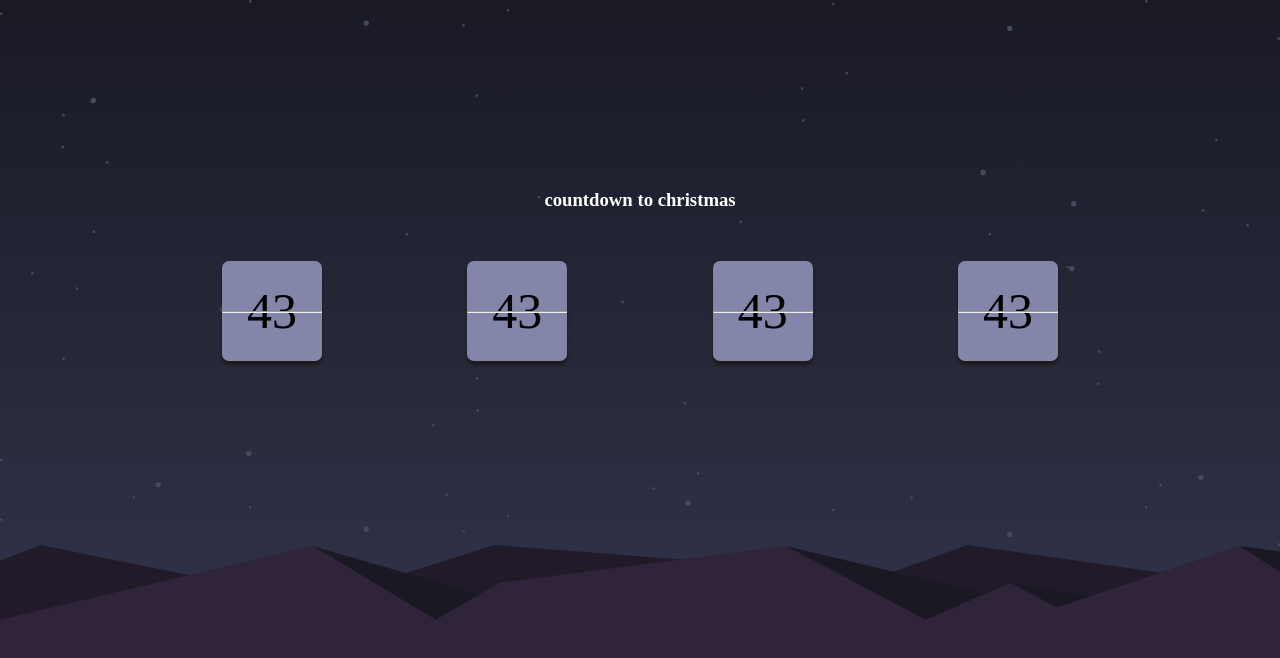
Repository: Eugene44-hub/countdown
Page: index.html
The author's editor kept a copy of each file at every save. The page is drawn from the files as they stood at one save, then again after a run of saves.
The browser window is 1280 px wide. The pictures show the whole page.

Above is the page before, as saved 2021-09-12 03:19:36.

### index.html
<!DOCTYPE html>
<html lang="en">

<head>
    <meta charset="UTF-8">
    <meta http-equiv="X-UA-Compatible" content="IE=edge">
    <meta name="viewport" content="width=device-width, initial-scale=1.0">
    <title>Document</title>
    <link rel="stylesheet" href="style.css">
</head>

<body>
    <div class="container">


        <div class="timer ">
            <h3 class="col10">countdown to christmas</h3>
            <div class="card">
                <p>43</p>
                <hr> </div>
            <div class="card">
                <p>43</p>
                <hr>
            </div>
            <div class="card">
                <p>43</p>
                <hr>
            </div>
            <div class="card">
                <p>43</p>
                <hr>
            </div>

        </div>

    </div>
    <script src="app.js"></script>

</body>

</html>

</html>

### style.css
@import url('https://fonts.googleapis.com/css2?family=Red+Hat+Text:wght@700&display=swap');
* {
    padding: 0;
    margin: 0;
    box-sizing: border-box;
}

body {
    /* background-color: hsl(235, 16%, 14%); */
    /* background-color: hsl(234, 17%, 12%); */
    background-image: url('images/pattern-hills.svg'), url('images/bg-stars.svg'), linear-gradient( hsl(235, 18%, 12%), hsl(236, 21%, 26%));
    background-position: bottom, top;
    background-repeat: no-repeat, repeat;
    background-size: contain;
    background-attachment: fixed;
}

.container {
    display: flex;
    width: 100%;
    height: 500px;
    flex-wrap: wrap;
    text-align: center;
}

.col10 {
    flex: 100%;
    margin: auto;
}

h3 {
    color: white;
    padding: 50px;
}

.timer {
    margin: auto;
    display: flex;
    flex-wrap: wrap;
    justify-content: space-between;
    padding: 30px;
    width: 70%;
}

.card {
    background-color: hsl(237, 18%, 59%);
    padding: 20px;
    width: 100px;
    height: 100px;
    position: relative;
    overflow: hidden;
    box-shadow: 0px 4px 3px rgb(29, 27, 27);
    border-radius: 7px;
    display: flex;
}

p {
    margin: auto;
    font-size: 50px;
    font-family: 'RedHat';
}

hr {
    position: absolute;
    width: 100%;
    top: 50%;
    left: 0%;
}


/* timer color  hsl(345, 95%, 68%)
timer card color hsl(237, 18%, 59%)
* /

### app.js
const proposed = new Date('2021-12-25');
const current = new Date();

const proArr = [proposed.getHours(), proposed.getMinutes(), proposed.getSeconds(), proposed.getDay(), proposed.getMonth()]
console.log('proposed days:' + (((proArr.at(-1) * 31) - 7) + proposed.getDate()));
console.log('current days:' + (((current.getMonth() * 31) - 5) + current.getDate()));

console.log((((proArr.at(-1) * 31) - 7) + proposed.getDate()) - (((current.getMonth() * 31) - 5) + current.getDate()) + 'days to christmas');

console.log('hours:' + (24 - current.getHours()));
console.log('minutes:' + (60 - current.getMinutes()));
console.log('hours:' + (60 - current.getSeconds()));

// let cal = proposed. - current;
// console.log(proposed);
// console.log(current.getDate());
// console.log(proArr.at(-1) + 1);
// let another = new Date(cal);
// console.log(another)
//359-253 propsed day - current day(mth*31-7) for september minus 6

After the next 4 saves:
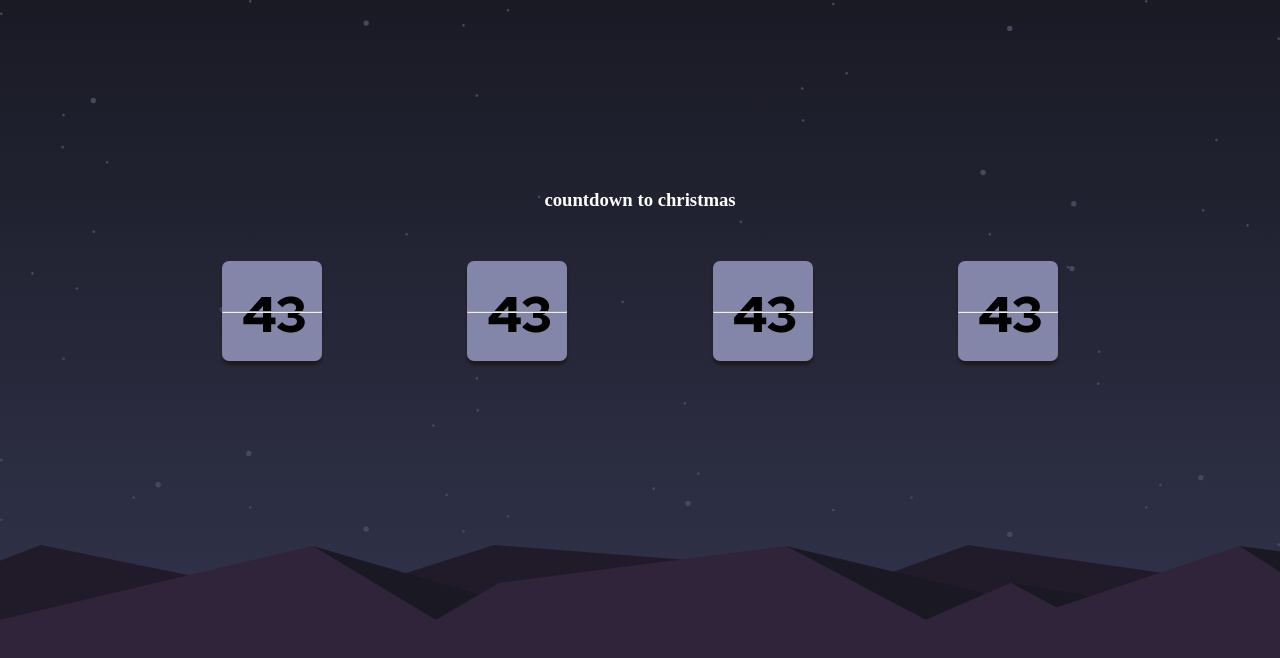
The 4 saves are shown as one change because they came seconds apart.
The last was saved 8 s later.
--- a/style.css
+++ b/style.css
@@ -57,7 +57,7 @@ h3 {
 p {
     margin: auto;
     font-size: 50px;
-    font-family: 'RedHat';
+    font-family: 'Red Hat Text';
 }
 
 hr {
